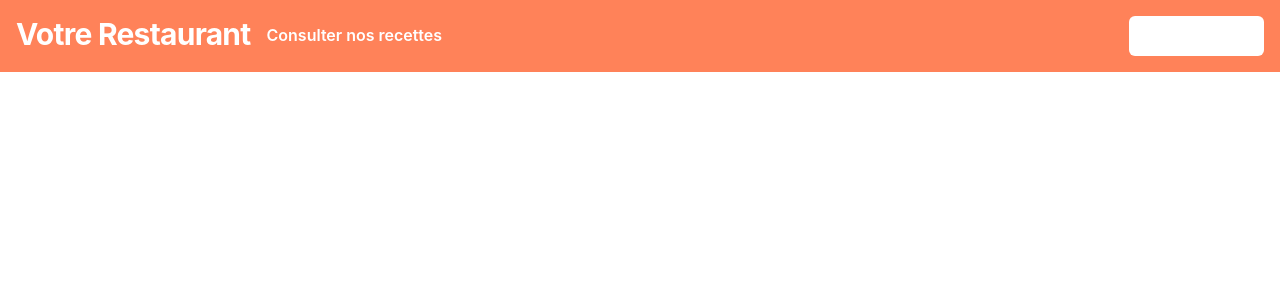
Repository: Ecaron76/tp-restau-next
Page: /
An editor plug-in stored every save of this project. The page is shown before and after the next save, followed by the edit.
The browser window is 1280 px wide. The pictures show the whole page.
The project was rebuilt for these pictures with package versions that can differ from the ones it lists, and the page was loaded fresh each time. The framework's server and built-in components were replaced by stand-ins that run in the browser. Also part of the build but not shown: next.config.mjs.

Above is the page before, as saved 2024-02-25 18:10:00.

After the next save:
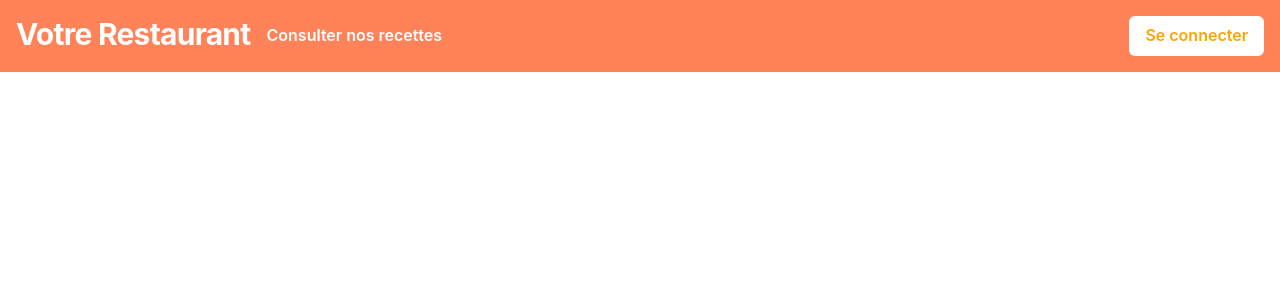
Saved 6 s later.
--- a/src/components/Header/Header.tsx
+++ b/src/components/Header/Header.tsx
@@ -22,7 +22,7 @@ const Header = () => {
         </Box>
         <Box>
           <NextLink href="/login" passHref>
-            <Button  variant="ghost" color={'white'} bg={'white'}>
+            <Button  variant="ghost" color={'orange'} bg={'white'}>
               Se connecter
             </Button>
           </NextLink>
